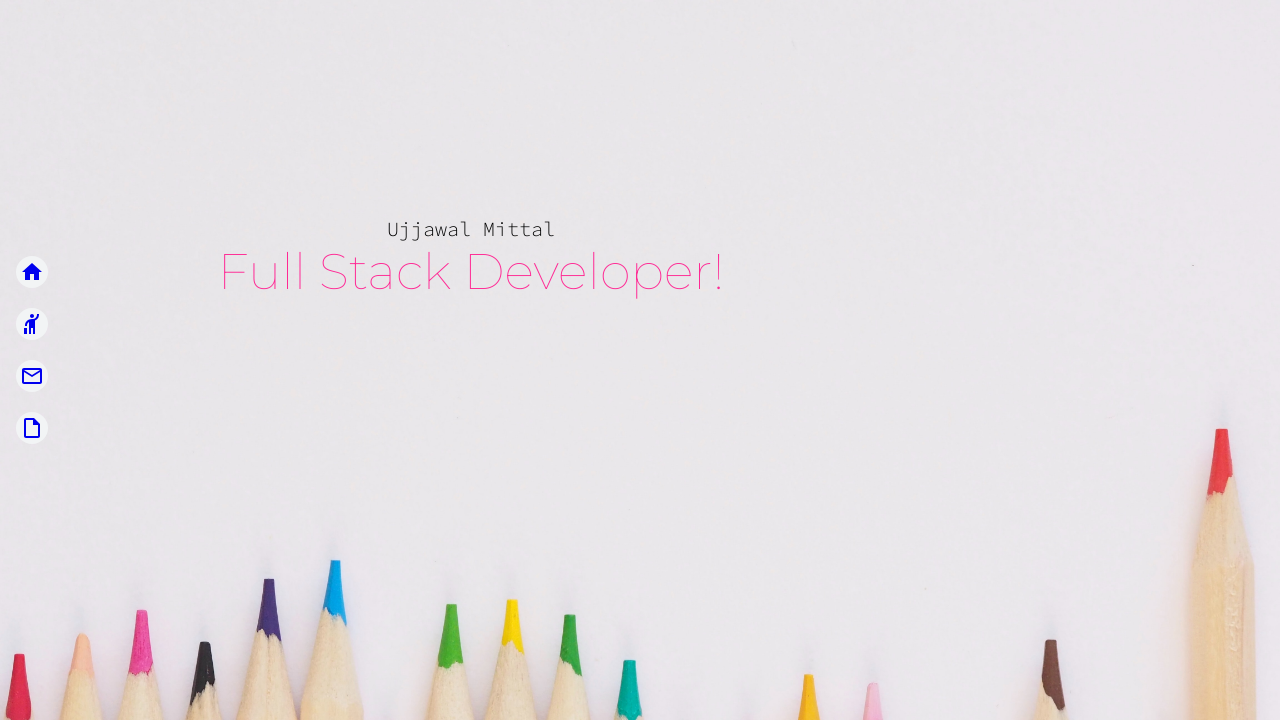
Repository: ujjawalmittal55/portfolio1
Page: /
An editor plug-in stored every save of this project. The page is shown before and after the next save, followed by the edit.
The browser window is 1280 px wide. The pictures show the whole page.
The project was rebuilt for these pictures with package versions that can differ from the ones it lists, and the page was loaded fresh each time. Also part of the build but not shown: src/about.css, src/About.jsx, src/document.css, src/Document.jsx, src/contact.css, src/Contact.jsx.

Above is the page before, as saved 2022-05-09 12:05:54.

After the next save:
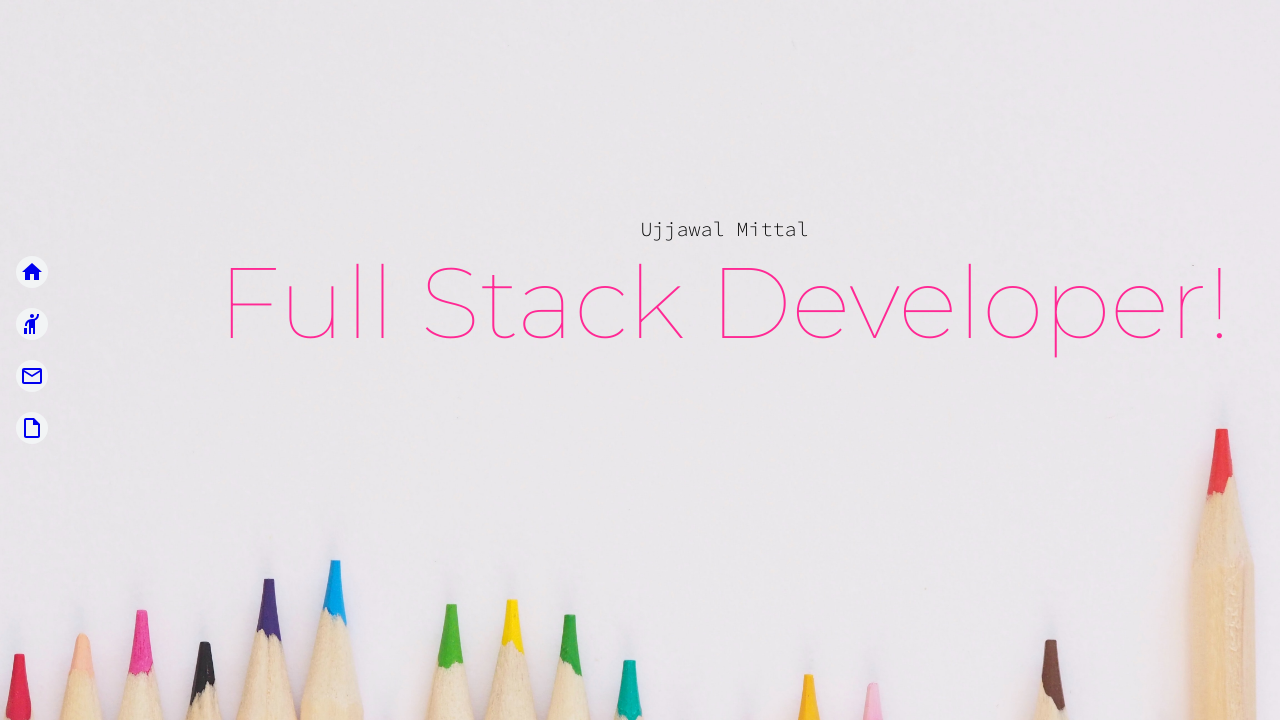
Saved 11 s later.
--- a/src/Display.tsx
+++ b/src/Display.tsx
@@ -8,7 +8,7 @@ function Display() {
         <div className="name">Ujjawal Mittal</div>
         <motion.div
           className="role"
-          animate={{ fontSize: 50, color: "#ff2994" }}
+          animate={{ fontSize: 100, color: "#ff2994" }}
         >
           Full Stack Developer!
         </motion.div>
